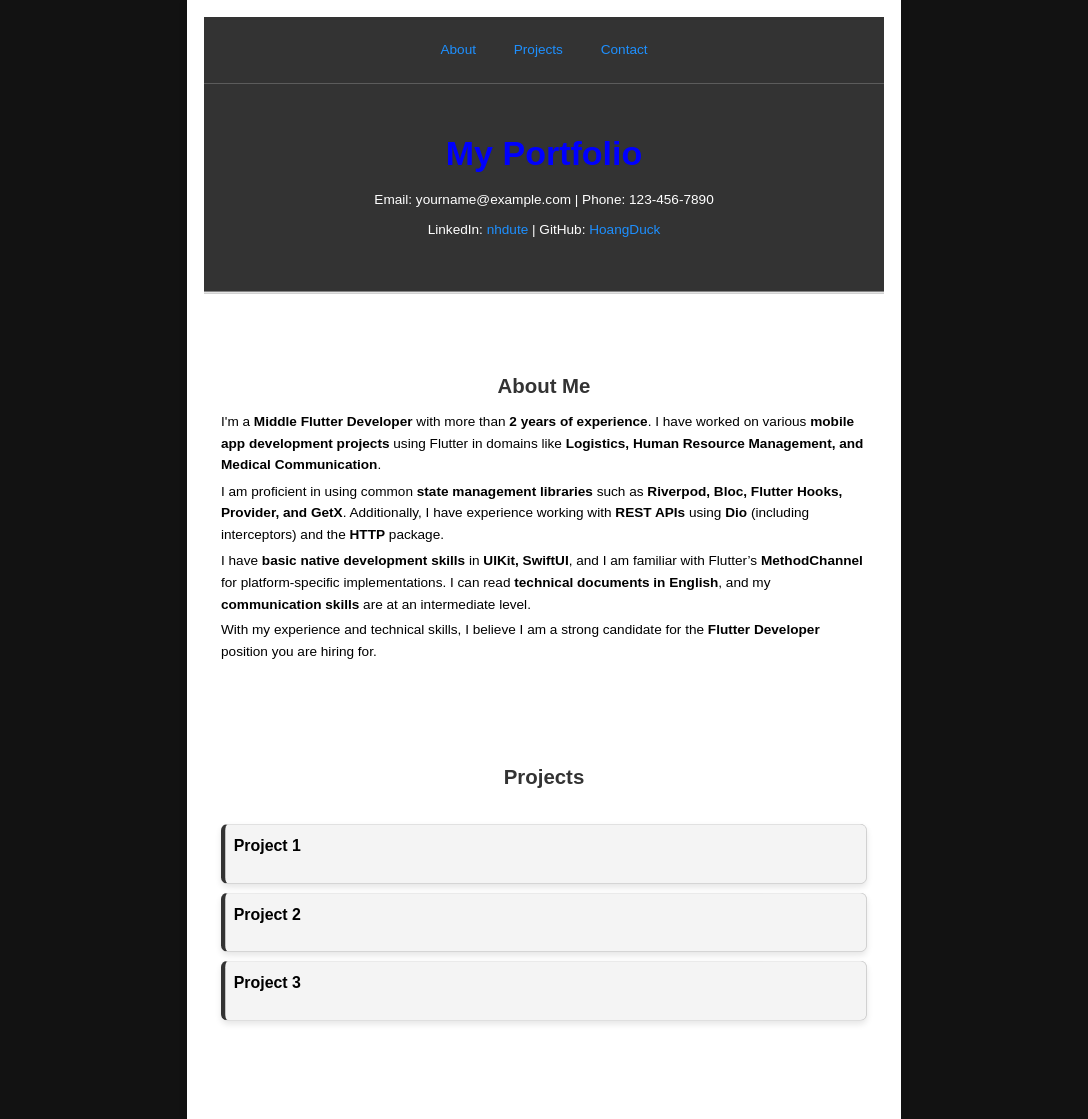
Repository: HoangDuck/portfolio
Page: index.html
The author's editor kept a copy of each file at every save. The page is drawn from the files as they stood at one save, then again after the next save.
The browser window is 1280 px wide. The pictures show the whole page, at 85% of full size.

Above is the page before, as saved 2025-03-09 22:22:10.

After the next save:
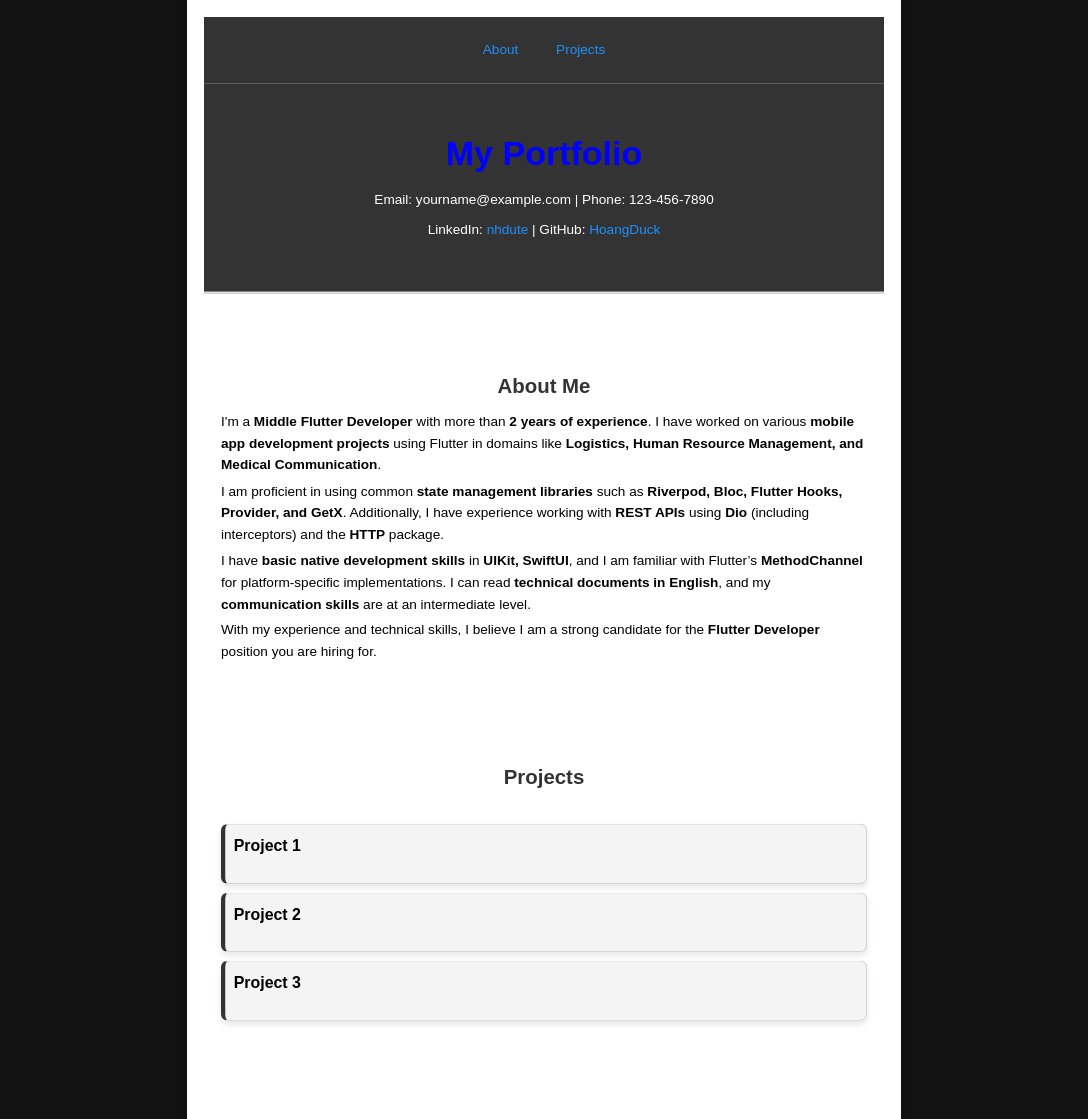
Saved 11 s later.
--- a/index.html
+++ b/index.html
@@ -12,7 +12,6 @@
             <ul>
                 <li><a href="#about">About</a></li>
                 <li><a href="#projects">Projects</a></li>
-                <li><a href="#contact">Contact</a></li>
             </ul>
         </nav>
         <header>
